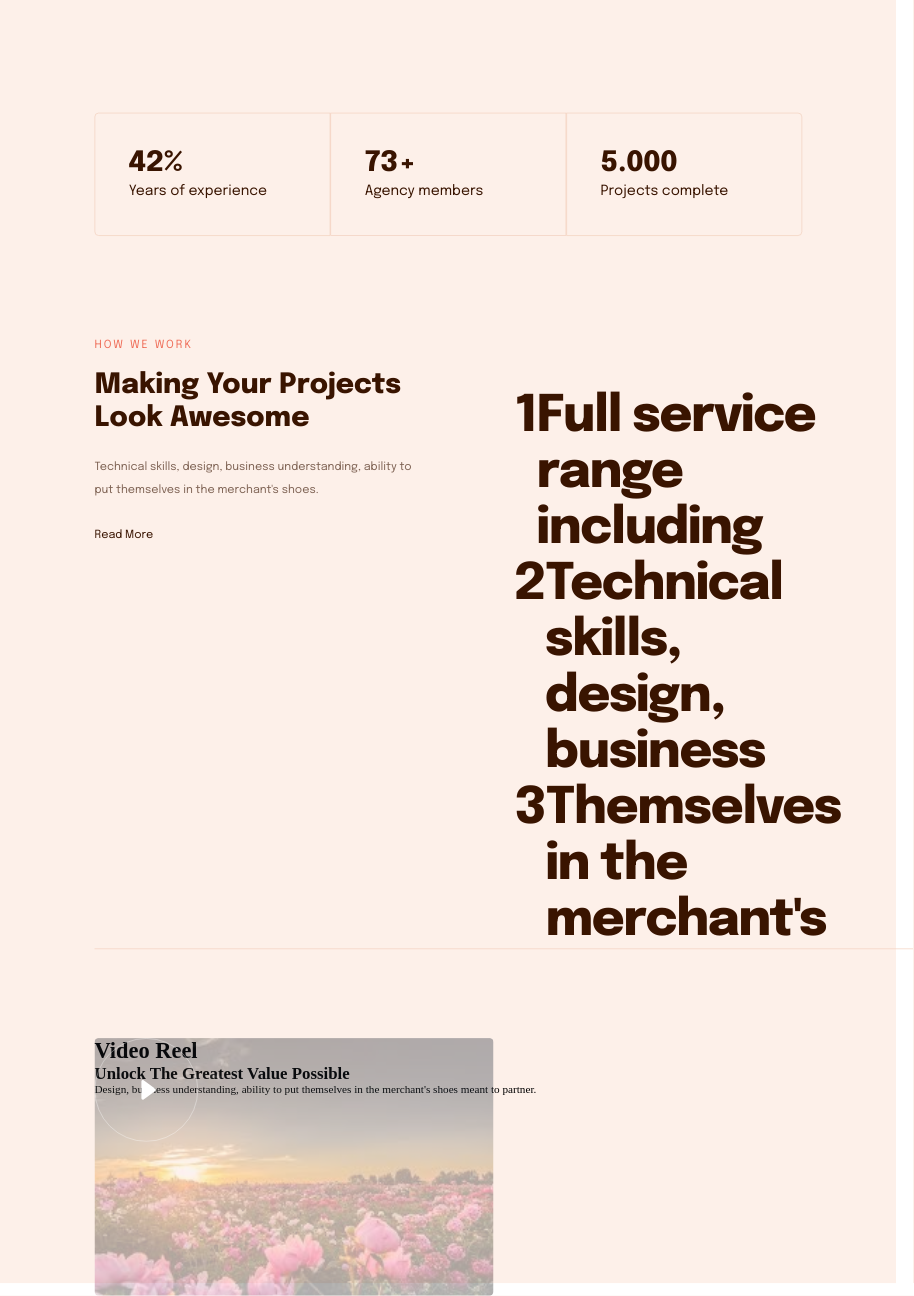
Repository: AytacJafarova/task2
Page: index.html
The author's editor kept a copy of each file at every save. The page is drawn from the files as they stood at one save, then again after the next save.
The browser window is 1280 px wide. The page is 1305 px wide, so the pictures cover 1305 px, including what lies to the right of the window. The pictures show the whole page, at 70% of full size.

Above is the page before, as saved 2023-08-01 14:19:26.

After the next save:
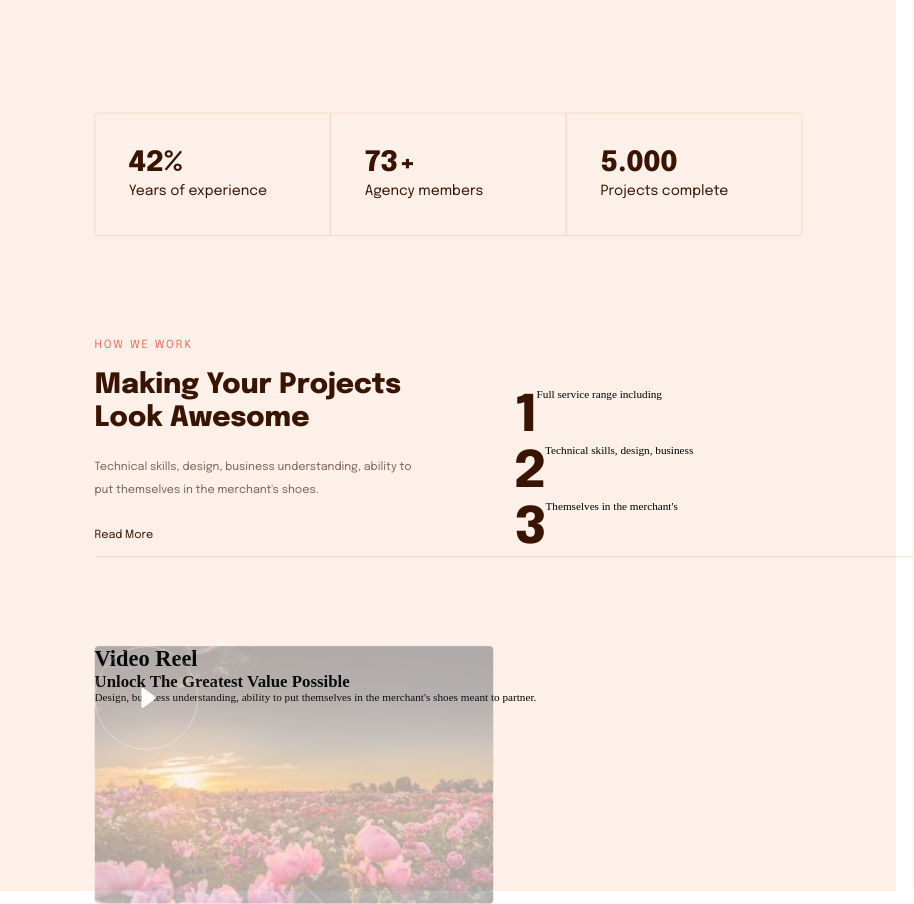
Saved 7 s later.
--- a/index.css
+++ b/index.css
@@ -103,16 +103,7 @@ text-decoration: none;
     margin-top: 78px;
 }
 .box2 ul li {
-    display: flex;
-    list-style-type: none;
-    color: #391400;
-font-feature-settings: 'clig' off, 'liga' off;
-font-family: Epilogue;
-font-size: 72px;
-font-style: normal;
-font-weight: 800;
-line-height: 80px;
-letter-spacing: -2px;
+    display: flex;lis
 /* margin-bottom: 32px; */
 }
 .box2 ul li h1 {
